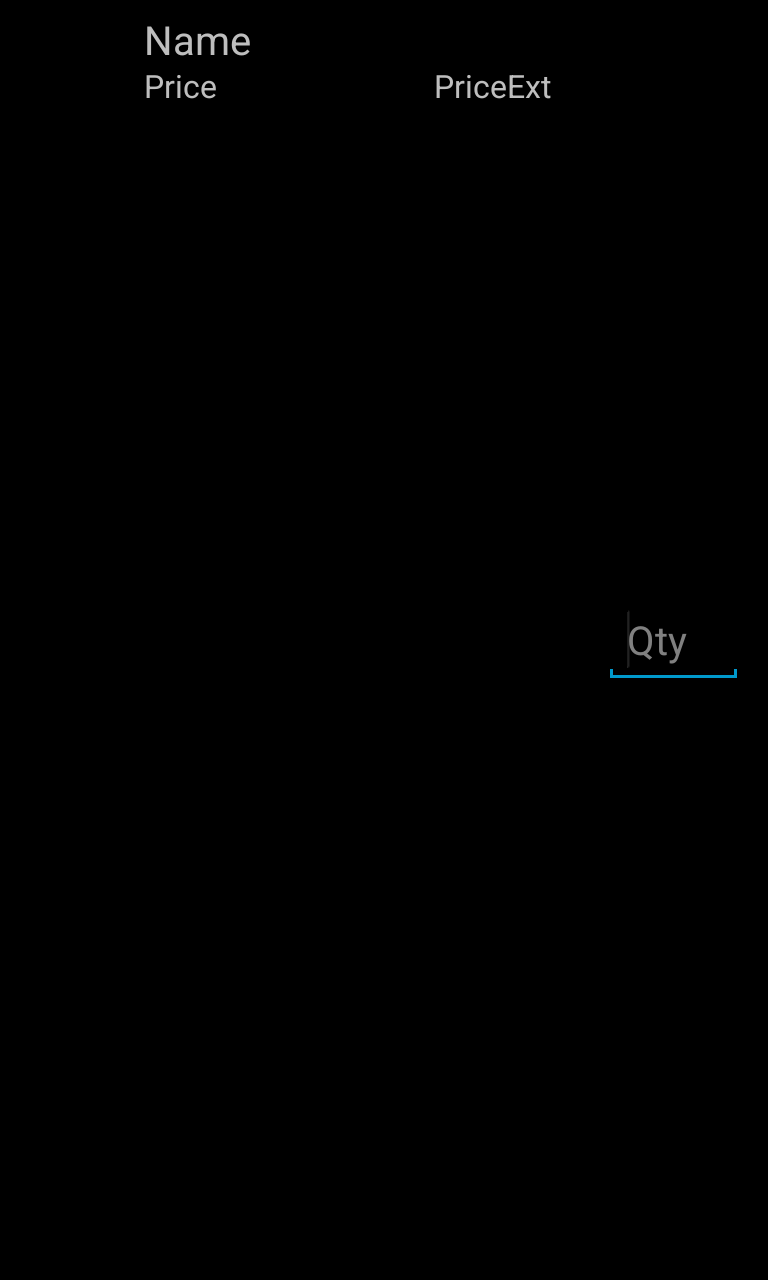
Repository: Adammdit/DT2283GUI
Layout: GunSmoke/res/layout/listrow_details.xml
The author's editor kept a copy of each file at every save. The layout is drawn from the files as they stood at one save, then again after the next save.
It is drawn on a 768 x 1280 px phone screen (xhdpi) without system bars, with theme android:Theme.Holo; the app's code is not run.

Above is the layout before, as saved 2014-11-07 16:56:27.

After the next save:
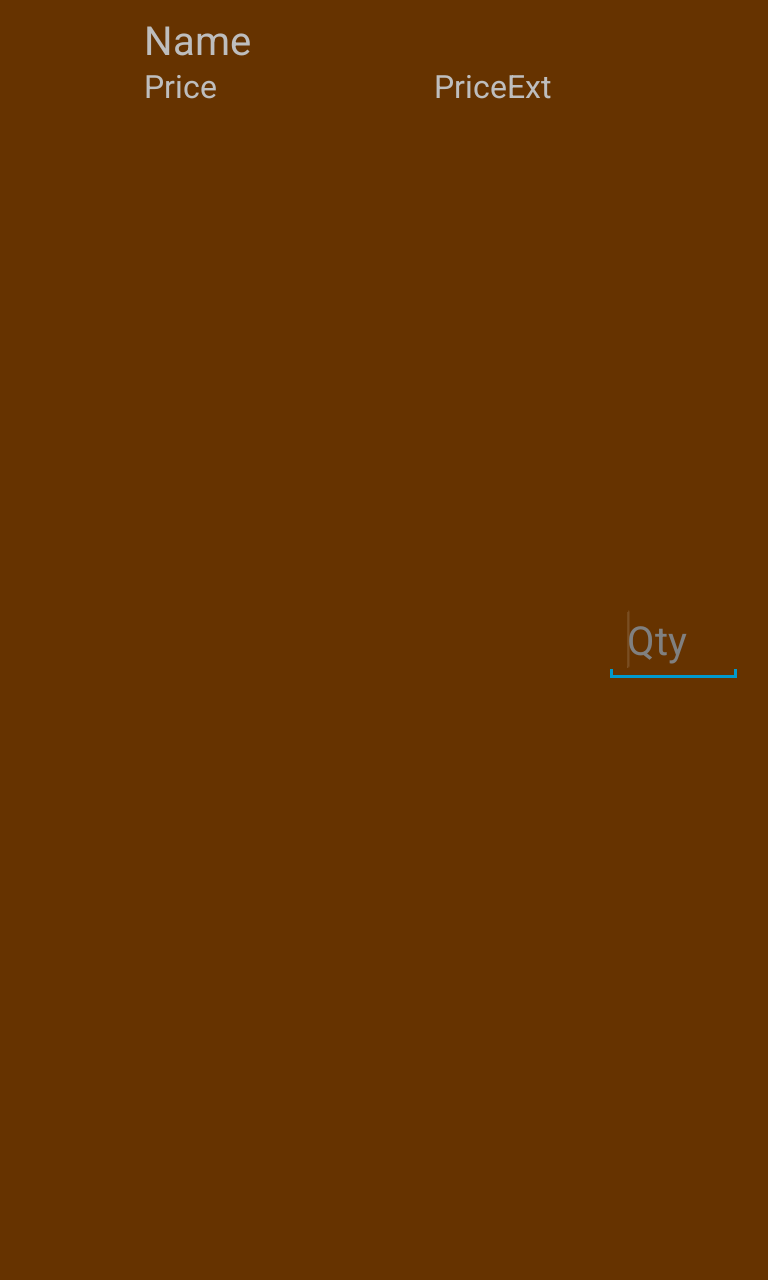
Saved 119 s later.
--- a/GunSmoke/res/layout/listrow_details.xml
+++ b/GunSmoke/res/layout/listrow_details.xml
@@ -3,6 +3,7 @@
     android:layout_width="fill_parent"
     android:layout_height="wrap_content"
     android:orientation="vertical"
+    android:background="@color/khaki"
     android:padding="6dip" >
 
     <ImageView
